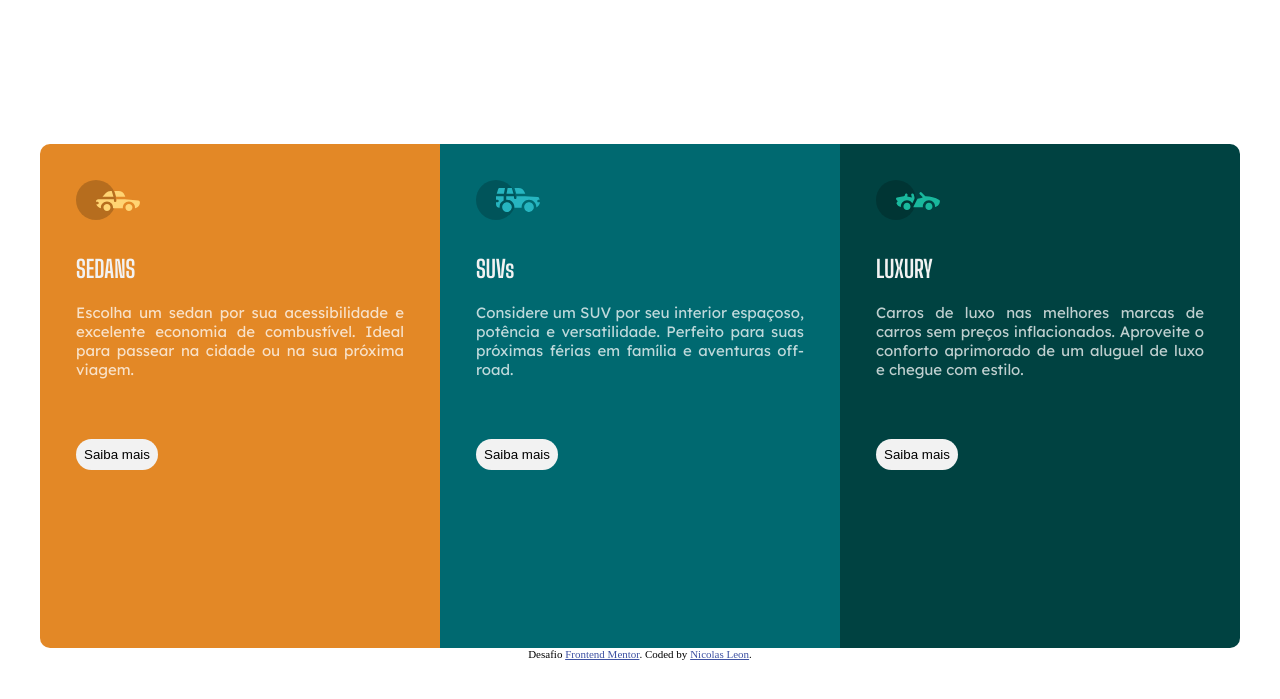
Repository: Leonngc/Car-cards
Page: index.html
These files come from the project's save history. The page is drawn as it stood at one moment and after the next save; the edit follows.
The browser window is 1280 px wide. The pictures show the whole page.

Above is the page before, as saved 2023-01-17 19:08:12.

### index.html
<!DOCTYPE html>
<html lang="pt-br">
  <head>
    <meta charset="UTF-8" />
    <meta name="viewport" content="width=device-width, initial-scale=1.0" />
    <!-- displays site properly based on user's device -->

    <link
      rel="icon"
      type="image/png"
      sizes="32x32"
      href="./images/favicon-32x32.png"
    />

    <link rel="stylesheet" href="styles/style.css" />

    <title>Frontend Mentor | 3-column preview card component</title>

    <!-- Feel free to remove these styles or customise in your own stylesheet 👍 -->
    <style>
      .attribution {
        font-size: 11px;
        text-align: center;
      }
      .attribution a {
        color: hsl(228, 45%, 44%);
      }
    </style>
  </head>
  <body>
    <main>
      <div class="card" id="sedan">
        <div class="image"><img src="images/icon-sedans.svg" alt="" /></div>
        <h2>SEDANS</h2>
        <p>
          Escolha um sedan por sua acessibilidade e excelente economia de
          combustível. Ideal para passear na cidade ou na sua próxima viagem.
        </p>
        <button>Saiba mais</button>
      </div>
      <div class="card" id="suv">
        <div class="image"><img src="images/icon-suvs.svg" alt="" /></div>

        <h2>SUVs</h2>
        <p>
          Considere um SUV por seu interior espaçoso, potência e versatilidade.
          Perfeito para suas próximas férias em família e aventuras off-road.
        </p>
        <button>Saiba mais</button>
      </div>
      <div class="card" id="luxury">
        <div class="image"><img src="images/icon-luxury.svg" alt="" /></div>
        <h2>LUXURY</h2>
        <p>
          Carros de luxo nas melhores marcas de carros sem preços inflacionados.
          Aproveite o conforto aprimorado de um aluguel de luxo e chegue com
          estilo.
        </p>
        <button>Saiba mais</button>
      </div>
    </main>

    <footer class="attribution">
      Desafio
      <a href="https://www.frontendmentor.io?ref=challenge" target="_blank"
        >Frontend Mentor</a
      >. Coded by <a href="#">Nicolas Leon</a>.
    </footer>
  </body>
</html>

### styles/style.css
@import url('https://fonts.googleapis.com/css2?family=Lexend+Deca&display=swap');

@import url('https://fonts.googleapis.com/css2?family=Big+Shoulders+Display:wght@700&display=swap');

*{
    margin: 0 auto;
    padding: 0;
}

:root{
    --font-body: 'Lexend Deca', sans-serif;

    --font-title: 'Big Shoulders Display', cursive;
}


/* Basic styles */


main{
    display: flex;
    margin: auto;
    margin-top: 20vh;
    margin-left:40px;
    margin-right: 40px;
}
.card{
    padding: 36px;
    height: 60vh;
    width: 40vw;
}
.card > p{
    font-family: var(--font-body);
    margin-bottom: 60px;
    text-align: justify;
    font-size: 15px;
    color: hsla(0, 0%, 100%, 0.75);
}
.card > h2{
    font-family: var(--font-title);
    padding-top: 30px;
    padding-bottom: 20px;
    color:  hsl(0, 0%, 95%);
}

#sedan{
    background-color: hsl(31, 77%, 52%);
    border-top-left-radius: 10px;
    border-bottom-left-radius: 10px;
}

#suv{
   background-color:hsl(184, 100%, 22%)
}

#luxury{
    background-color: hsl(179, 100%, 13%);
    border-top-right-radius: 10px;
    border-bottom-right-radius: 10px;
}

button{
    padding: 8px;
    border-radius: 20px;
    background-color: hsl(0, 0%, 95%);
    border: 0;
}
 button:hover{
    background-color: hsla(0, 0%, 54%, 0);
    border: 2px solid rgb(255, 255, 255);
    color: hsl(0, 0%, 100%);
 }

/* Animations */




/* Media Queries */

After the next save:
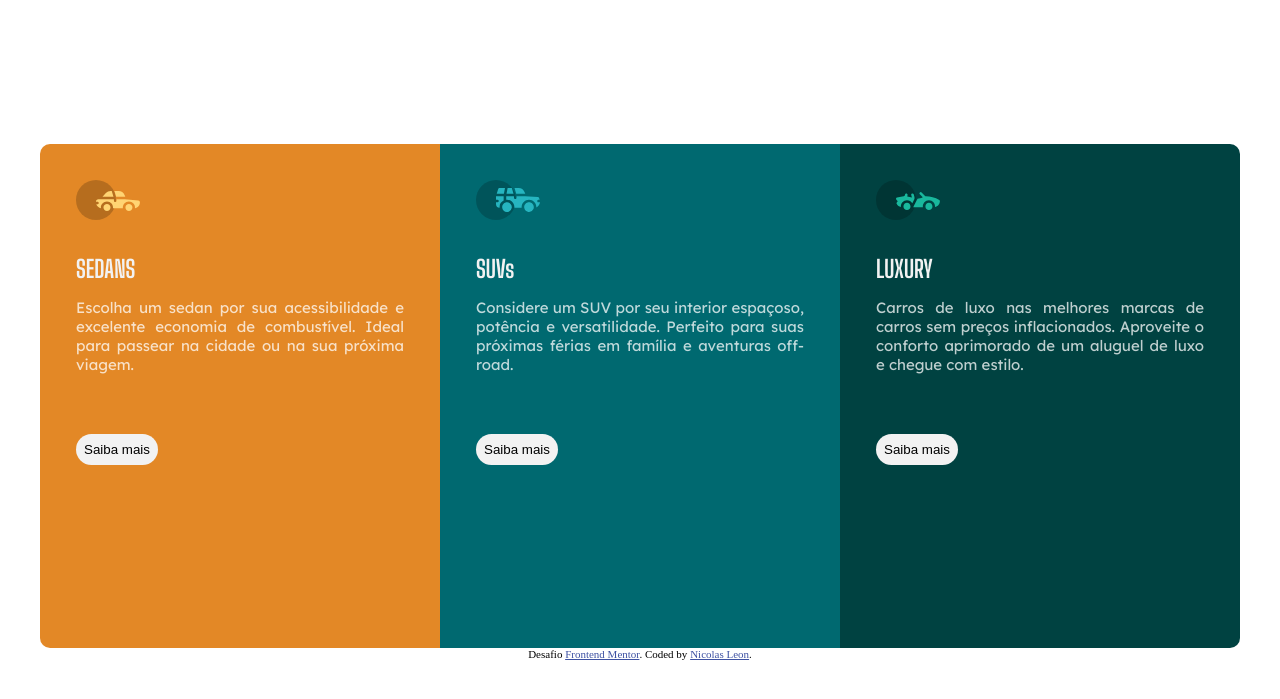
Saved 61 s later.
--- a/styles/style.css
+++ b/styles/style.css
@@ -39,7 +39,7 @@
 .card > h2{
     font-family: var(--font-title);
     padding-top: 30px;
-    padding-bottom: 20px;
+    padding-bottom:15px;
     color:  hsl(0, 0%, 95%);
 }
 
